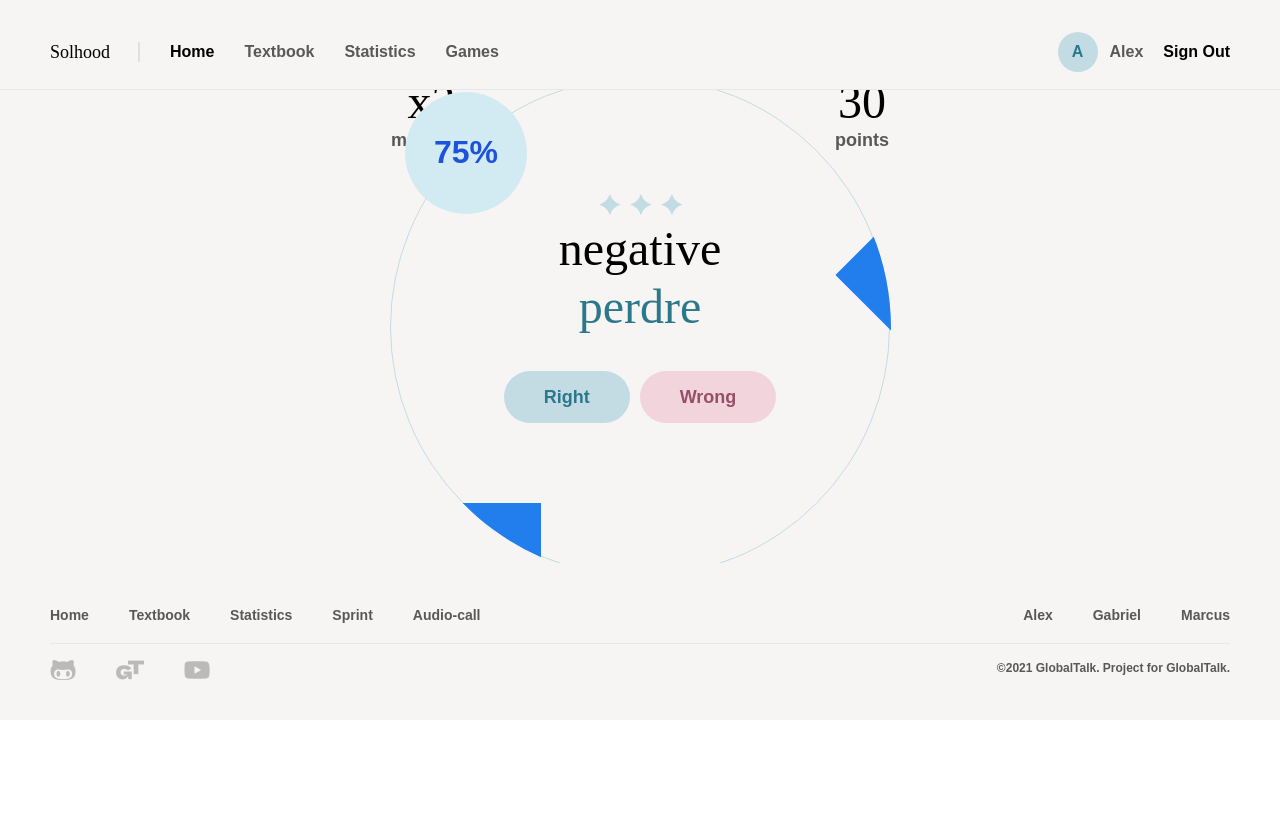
Repository: haudnn/solhood
Page: /game
The author's editor kept a copy of each file at every save. The page is drawn from the files as they stood at one save, then again after the next save.
The browser window is 1280 px wide. The pictures show the whole page.
The project was rebuilt for these pictures with package versions that can differ from the ones it lists, and the page was loaded fresh each time. Also part of the build but not shown: src/pages/Home.tsx, src/pages/Sprint.tsx.

Above is the page before, as saved 2023-01-03 17:18:24.

### src/index.css
@tailwind base;
@tailwind components;
@tailwind utilities;

@import url('https://fonts.googleapis.com/css2?family=Dela+Gothic+One&family=Montserrat:wght@400;500;600;700&display=swap');

@layer components {
    html{
        scroll-behavior: smooth;
    }
    .app-container{
        width: 1180px !important;
        margin: 0 auto !important;
    }
    .wrapper {
        height: calc(100vh - 90px);
        overflow: hidden;
    }
    .line {
        position: relative;
    }
    .wrapper-calc {
        height: calc(100vh - 90px - 157px);
        overflow: hidden;
    }
      .circle-wrap .circle .mask,
      .circle-wrap .circle .fill {
        width: 500px;
        height: 500px;
        position: absolute;
        border-radius: 50%;
      }
      .circle-wrap .circle .mask {
        clip: rect(0px, 500px, 500px, 250px);
      }

      .circle-wrap .inside-circle {
        width: 122px;
        height: 122px;
        border-radius: 50%;
        background: #d2eaf1;
        line-height: 120px;
        text-align: center;
        margin-top: 14px;
        margin-left: 14px;
        color: #1e51dc;
        position: absolute;
        z-index: 100;
        font-weight: 700;
        font-size: 2em;
      }
      .mask .fill {
        clip: rect(0px, 75px, 150px, 0px);
        background-color: #227ded;
      }

      .mask.full,
      .circle .fill {
        animation: fill ease-in-out 3s;
        transform: rotate(135deg);
      }
    .line::before{
        position: absolute;
        content: "";
        right: -30px;
        border-right: 2px solid #e0e0e0 ;
        height: 20px;
        top: 50%;
        transform: translateY(-50%);
    }
    .line-long {
        position: relative;
    }
    .line-long::before{
        position: absolute;
        content: "";
        right: 0px;
        border-right: 2px solid #e0e0e0 ;
        height: 100%;
        top: 50%;
        transform: translateY(-50%);
    }
    .bridge::before {
        position: absolute;
        left:0;
        top:-16px;
        width: 100%;
        height: 20px;
        content:"";
        display: block;
    }
    .grid {
        width: 100%;
        display: block !important;
        padding: 0;
    }

    .grid.wide {
        max-width: 1200px;
        margin: 0 auto;
    }

    .row {
        display: flex;
        flex-wrap: wrap;
        margin-left: -4px;
        margin-right: -4px;
    }

    .row.no-gutters {
        margin-left: 0;
        margin-right: 0;
    }

    .col {
        padding-left: 4px;
        padding-right: 4px;
    }

    .row.no-gutters .col {
        padding-left: 0;
        padding-right: 0;
    }

    .c-0 {
        display: none;
    }

    .c-1 {
        flex: 0 0 8.33333%;
        max-width: 8.33333%;
    }

    .c-2 {
        flex: 0 0 16.66667%;
        max-width: 16.66667%;
    }

    .c-3 {
        flex: 0 0 25%;
        max-width: 25%;
    }

    .c-4 {
        flex: 0 0 33.33333%;
        max-width: 33.33333%;
    }

    .c-5 {
        flex: 0 0 41.66667%;
        max-width: 41.66667%;
    }

    .c-6 {
        flex: 0 0 50%;
        max-width: 50%;
    }

    .c-7 {
        flex: 0 0 58.33333%;
        max-width: 58.33333%;
    }

    .c-8 {
        flex: 0 0 66.66667%;
        max-width: 66.66667%;
    }

    .c-9 {
        flex: 0 0 75%;
        max-width: 75%;
    }

    .c-10 {
        flex: 0 0 83.33333%;
        max-width: 83.33333%;
    }

    .c-11 {
        flex: 0 0 91.66667%;
        max-width: 91.66667%;
    }

    .c-12 {
        flex: 0 0 100%;
        max-width: 100%;
    }

    .c-o-1 {
        margin-left: 8.33333%;
    }

    .c-o-2 {
        margin-left: 16.66667%;
    }

    .c-o-3 {
        margin-left: 25%;
    }

    .c-o-4 {
        margin-left: 33.33333%;
    }

    .c-o-5 {
        margin-left: 41.66667%;
    }

    .c-o-6 {
        margin-left: 50%;
    }

    .c-o-7 {
        margin-left: 58.33333%;
    }

    .c-o-8 {
        margin-left: 66.66667%;
    }

    .c-o-9 {
        margin-left: 75%;
    }

    .c-o-10 {
        margin-left: 83.33333%;
    }

    .c-o-11 {
        margin-left: 91.66667%;
    }

    /* >= Tablet */
    @media (min-width: 740px) {
        .row {
            margin-left: -8px;
            margin-right: -8px;
        }

        .col {
            padding-left: 8px;
            padding-right: 8px;
        }

        .m-0 {
            display: none;
        }

        .m-1,
        .m-2,
        .m-3,
        .m-4,
        .m-5,
        .m-6,
        .m-7,
        .m-8,
        .m-9,
        .m-10,
        .m-11,
        .m-12 {
            display: block;
        }

        .m-1 {
            flex: 0 0 8.33333%;
            max-width: 8.33333%;
        }

        .m-2 {
            flex: 0 0 16.66667%;
            max-width: 16.66667%;
        }

        .m-3 {
            flex: 0 0 25%;
            max-width: 25%;
        }

        .m-4 {
            flex: 0 0 33.33333%;
            max-width: 33.33333%;
        }

        .m-5 {
            flex: 0 0 41.66667%;
            max-width: 41.66667%;
        }

        .m-6 {
            flex: 0 0 50%;
            max-width: 50%;
        }

        .m-7 {
            flex: 0 0 58.33333%;
            max-width: 58.33333%;
        }

        .m-8 {
            flex: 0 0 66.66667%;
            max-width: 66.66667%;
        }

        .m-9 {
            flex: 0 0 75%;
            max-width: 75%;
        }

        .m-10 {
            flex: 0 0 83.33333%;
            max-width: 83.33333%;
        }

        .m-11 {
            flex: 0 0 91.66667%;
            max-width: 91.66667%;
        }

        .m-12 {
            flex: 0 0 100%;
            max-width: 100%;
        }

        .m-o-1 {
            margin-left: 8.33333%;
        }

        .m-o-2 {
            margin-left: 16.66667%;
        }

        .m-o-3 {
            margin-left: 25%;
        }

        .m-o-4 {
            margin-left: 33.33333%;
        }

        .m-o-5 {
            margin-left: 41.66667%;
        }

        .m-o-6 {
            margin-left: 50%;
        }

        .m-o-7 {
            margin-left: 58.33333%;
        }

        .m-o-8 {
            margin-left: 66.66667%;
        }

        .m-o-9 {
            margin-left: 75%;
        }

        .m-o-10 {
            margin-left: 83.33333%;
        }

        .m-o-11 {
            margin-left: 91.66667%;
        }
    }

    /* PC medium resolution > */
    @media (min-width: 1113px) {
        .row {
            margin-left: -12px;
            margin-right: -12px;
        }

        .row.sm-gutter {
            margin-left: -5px;
            margin-right: -5px;
        }

        .col {
            padding-left: 12px;
            padding-right: 12px;
        }

        .row.sm-gutter .col {
            padding-left: 5px;
            padding-right: 5px;
        }

        .l-0 {
            display: none;
        }

        .l-1,
        .l-2,
        .l-2-4,
        .l-3,
        .l-4,
        .l-5,
        .l-6,
        .l-7,
        .l-8,
        .l-9,
        .l-10,
        .l-11,
        .l-12 {
            display: block;
        }

        .l-1 {
            flex: 0 0 8.33333%;
            max-width: 8.33333%;
        }

        .l-2 {
            flex: 0 0 16.66667%;
            max-width: 16.66667%;
        }

        .l-2-4 {
            flex: 0 0 20%;
            max-width: 20%;
        }

        .l-3 {
            flex: 0 0 25%;
            max-width: 25%;
        }

        .l-4 {
            flex: 0 0 33.33333%;
            max-width: 33.33333%;
        }

        .l-5 {
            flex: 0 0 41.66667%;
            max-width: 41.66667%;
        }

        .l-6 {
            flex: 0 0 50%;
            max-width: 50%;
        }

        .l-7 {
            flex: 0 0 58.33333%;
            max-width: 58.33333%;
        }

        .l-8 {
            flex: 0 0 66.66667%;
            max-width: 66.66667%;
        }

        .l-9 {
            flex: 0 0 75%;
            max-width: 75%;
        }

        .l-10 {
            flex: 0 0 83.33333%;
            max-width: 83.33333%;
        }

        .l-11 {
            flex: 0 0 91.66667%;
            max-width: 91.66667%;
        }

        .l-12 {
            flex: 0 0 100%;
            max-width: 100%;
        }

        .l-o-1 {
            margin-left: 8.33333%;
        }

        .l-o-2 {
            margin-left: 16.66667%;
        }

        .l-o-3 {
            margin-left: 25%;
        }

        .l-o-4 {
            margin-left: 33.33333%;
        }

        .l-o-5 {
            margin-left: 41.66667%;
        }

        .l-o-6 {
            margin-left: 50%;
        }

        .l-o-7 {
            margin-left: 58.33333%;
        }

        .l-o-8 {
            margin-left: 66.66667%;
        }

        .l-o-9 {
            margin-left: 75%;
        }

        .l-o-10 {
            margin-left: 83.33333%;
        }

        .l-o-11 {
            margin-left: 91.66667%;
        }
    }

    /* Tablet - PC low resolution */
    @media (min-width: 740px) and (max-width: 1023px) {
        .wide {
            width: 644px;
        }
    }

    /* > PC low resolution */
    @media (min-width: 1024px) and (max-width: 1239px) {
        .wide {
            width: 984px;
        }

        .wide .row {
            margin-left: -12px;
            margin-right: -12px;
        }

        .wide .row.sm-gutter {
            margin-left: -5px;
            margin-right: -5px;
        }

        .wide .col {
            padding-left: 12px;
            padding-right: 12px;
        }

        .wide .row.sm-gutter .col {
            padding-left: 5px;
            padding-right: 5px;
        }

        .wide .l-0 {
            display: none;
        }

        .wide .l-1,
        .wide .l-2,
        .wide .l-2-4,
        .wide .l-3,
        .wide .l-4,
        .wide .l-5,
        .wide .l-6,
        .wide .l-7,
        .wide .l-8,
        .wide .l-9,
        .wide .l-10,
        .wide .l-11,
        .wide .l-12 {
            display: block;
        }

        .wide .l-1 {
            flex: 0 0 8.33333%;
            max-width: 8.33333%;
        }

        .wide .l-2 {
            flex: 0 0 16.66667%;
            max-width: 16.66667%;
        }

        .wide .l-2-4 {
            flex: 0 0 20%;
            max-width: 20%;
        }

        .wide .l-3 {
            flex: 0 0 25%;
            max-width: 25%;
        }

        .wide .l-4 {
            flex: 0 0 33.33333%;
            max-width: 33.33333%;
        }

        .wide .l-5 {
            flex: 0 0 41.66667%;
            max-width: 41.66667%;
        }

        .wide .l-6 {
            flex: 0 0 50%;
            max-width: 50%;
        }

        .wide .l-7 {
            flex: 0 0 58.33333%;
            max-width: 58.33333%;
        }

        .wide .l-8 {
            flex: 0 0 66.66667%;
            max-width: 66.66667%;
        }

        .wide .l-9 {
            flex: 0 0 75%;
            max-width: 75%;
        }

        .wide .l-10 {
            flex: 0 0 83.33333%;
            max-width: 83.33333%;
        }

        .wide .l-11 {
            flex: 0 0 91.66667%;
            max-width: 91.66667%;
        }

        .wide .l-12 {
            flex: 0 0 100%;
            max-width: 100%;
        }

        .wide .l-o-1 {
            margin-left: 8.33333%;
        }

        .wide .l-o-2 {
            margin-left: 16.66667%;
        }

        .wide .l-o-3 {
            margin-left: 25%;
        }

        .wide .l-o-4 {
            margin-left: 33.33333%;
        }

        .wide .l-o-5 {
            margin-left: 41.66667%;
        }

        .wide .l-o-6 {
            margin-left: 50%;
        }

        .wide .l-o-7 {
            margin-left: 58.33333%;
        }

        .wide .l-o-8 {
            margin-left: 66.66667%;
        }

        .wide .l-o-9 {
            margin-left: 75%;
        }

        .wide .l-o-10 {
            margin-left: 83.33333%;
        }

        .wide .l-o-11 {
            margin-left: 91.66667%;
        }
    }
}

### src/App.tsx
import "./App.css";
import { BrowserRouter } from 'react-router-dom';
import RouterConfig from './config/RouterConfig';
import Footer from "./components/Layout/Footer";
import Header from "./components/Layout/Header";
function App() {
  return (
    <div className="App font-montserrat">
      <BrowserRouter>
        <Header />
        <RouterConfig/>
        <Footer/>
      </BrowserRouter>
    </div>
  );
}

export default App;

### src/config/RouterConfig.tsx
import React from 'react'
import { Routes, Route } from 'react-router-dom';
import {router} from '../constants';
const RouterConfig = () => {
  return (
    <Routes>
    {router.map(({ path, component }) => (
      <Route key={path} path={path} element={component} />
    ))}
  </Routes>
  )
}

export default RouterConfig

### src/components/Layout/Footer.tsx
import React from "react";
import github from '../../assets/imgs/github.png';
import GT from '../../assets/imgs/GT.png'
import youtube from '../../assets/imgs/youtube.png'
const Footer = () => {
  return (
    <footer>
      <div className="bg-greyligt py-[40px]">
        <div className="app-container">
          <div className="pb-4 border-b border-solid boder-[greymedium]">
            <div className="grid">
              <div className="row">
                <div className="col l-6">
                  <ul className="flex items-center gap-x-10">
                    <li>
                      <a
                        className="text-sm font-semibold text-greydark"
                        href="/"
                      >
                        Home
                      </a>
                    </li>
                    <li>
                      <a
                        className="text-sm font-semibold text-greydark"
                        href="/"
                      >
                        Textbook
                      </a>
                    </li>
                    <li>
                      <a
                        className="text-sm font-semibold text-greydark"
                        href="/"
                      >
                        Statistics
                      </a>
                    </li>
                    <li>
                      <a
                        className="text-sm font-semibold text-greydark"
                        href="/"
                      >
                        Sprint
                      </a>
                    </li>
                    <li>
                      <a
                        className="text-sm font-semibold text-greydark"
                        href="/"
                      >
                        Audio-call
                      </a>
                    </li>
                  </ul>
                </div>
                <div className="col l-6">
                  <ul className="flex items-center justify-end gap-x-10">
                    <li>
                      <a
                        className="text-sm font-semibold text-greydark"
                        href="/"
                      >
                        Alex
                      </a>
                    </li>
                    <li>
                      <a
                        className="text-sm font-semibold text-greydark"
                        href="/"
                      >
                        Gabriel
                      </a>
                    </li>
                    <li>
                      <a
                        className="text-sm font-semibold text-greydark"
                        href="/"
                      >
                        Marcus
                      </a>
                    </li>
                  </ul>
                </div>
              </div>
            </div>
          </div>
          <div className="pt-4">
            <div className="grid">
              <div className="row">
                <div className="col l-6">
                  <ul className="flex items-center gap-x-10">
                    <li>
                      <a href="/">
                        <img src={github} alt="" />
                      </a>
                    </li>
                    <li>
                      <a href="/">
                        <img src={GT} alt="" />
                      </a>
                    </li>
                    <li>
                      <a href="/">
                        <img src={youtube} alt="" />
                      </a>
                    </li>
                  </ul>
                </div>
                <div className="col l-6">
                  <div className="flex items-center justify-end">
                    <span className="text-xs font-semibold text-greydark ">
                      ©2021 GlobalTalk. Project for GlobalTalk.
                    </span>
                  </div>
                </div>
              </div>
            </div>
          </div>
        </div>
      </div>
    </footer>
  );
};

export default Footer;

### src/components/Layout/Header.tsx
import React from "react";

const Header = () => {
  return (
      <header className="py-8 border-b border-solid border-[grey-dark] bg-greyligt max-h-[90px]">
        <div className="app-container">
          <div className="grid">
            <div className="row">
              <div className="col l-6">
                <div className="flex items-center gap-x-[60px] h-full">
                  <div className="line">
                    <a href="/" className="text-lg text-black font-dela">Solhood</a>
                  </div>
                  <div className="">
                    <ul className="flex items-center gap-x-[30px]">
                      <li>
                        <a
                          className="text-base font-semibold text-black"
                          href="/"
                        >
                          Home
                        </a>
                      </li>
                      <li>
                        <a
                          className="text-base font-semibold text-greydark"
                          href="/"
                        >
                          Textbook
                        </a>
                      </li>
                      <li>
                        <a
                          className="text-base font-semibold text-greydark"
                          href="/"
                        >
                          Statistics
                        </a>
                      </li>
                      <li className="relative group">
                        <a
                          className="text-base font-semibold text-greydark"
                          href="/"
                        >
                          Games
                        </a>
                        <div className="z-10 group-hover:block hidden absolute bg-white rounded-xl shadow-lg w-[215px] p-5 top-10 bridge">
                          <ul>
                            <li className="mb-2 text-base font-semibold text-greydark">
                              <a href="/sprint">Sprint</a>
                            </li>
                            <li>
                              <a href="/" className="text-base font-semibold text-greydark">Audio call</a>
                            </li>
                          </ul>
                        </div>
                      </li>
                    </ul>
                  </div>
                </div>
              </div>
              <div className="col l-6">
                <div className="flex justify-end">
                  <div className="flex items-center mr-5 gap-x-3">
                    <div className="flex items-center justify-center w-10 h-10 rounded-[50%] bg-cyanlight">
                      <span className="text-base font-semibold text-cyandark">
                        A
                      </span>
                    </div>
                    <span className="text-base font-semibold text-greydark">
                      Alex
                    </span>
                  </div>
                  <div className="flex items-center">
                    <a href="/" className="text-base font-semibold text-black">
                      Sign Out
                    </a>
                  </div>
                </div>
              </div>
            </div>
          </div>
        </div>
      </header>
  );
};

export default Header;

### src/constants/index.ts
import router from "./router"

export {router}

### src/constants/router.tsx
import Game from "../pages/Game";
import Home from "../pages/Home";
import Sprint from "../pages/Sprint";
const router = [
 {
    path: '/',
    component: <Home />,
 },
 {
   path: '/sprint',
   component: <Sprint />,
 },
 {
  path: '/game',
   component: <Game />,
 }

]
export default router;

### src/pages/Game.tsx
import React from "react";
import level from "../assets/imgs/level.png";
const Game = () => {
  return (
    <div className="game bg-greyligt">
      <div className="flex items-center justify-center wrapper-calc">

        <div className="circle-wrap w-[500px] h-[500px] rounded-[50%] border border-solid border-cyanlight">
            <div className="circle">
              <div className="mask full">
                <div className="fill"></div>
              </div>
              <div className="mask half">
                <div className="fill"></div>
              </div>
              <div className="inside-circle"> 75% </div>
            </div>



          <div>
            <div className="flex items-center justify-between mb-10">
              <div className="flex flex-col items-center">
                <p className="text-5xl font-dela">x2</p>
                <p className="text-lg font-semibold text-greydark">
                  multiplier
                </p>
              </div>
              <div className="flex flex-col items-center">
                <p className="text-5xl font-dela">30</p>
                <p className="text-lg font-semibold text-greydark">points</p>
              </div>
            </div>
            <div className="mb-10">
              <div className="flex items-center justify-center gap-x-[10px] mb-[10px]">
                <div>
                  <img
                    src={level}
                    alt=""
                    className="object-cover w-full h-full"
                  />
                </div>
                <div>
                  <img
                    src={level}
                    alt=""
                    className="object-cover w-full h-full"
                  />
                </div>
                <div>
                  <img
                    src={level}
                    alt=""
                    className="object-cover w-full h-full"
                  />
                </div>
              </div>
              <div>
                <p className="text-5xl font-dela mb-[10px] text-center">
                  negative
                </p>
                <p className="text-5xl font-dela mb-[10px] text-cyandark text-center">
                  perdre
                </p>
              </div>
            </div>
            <div className="flex items-center justify-center gap-x-[10px]">
              <button className="px-10 py-3 rounded-full bg-cyanlight">
                <span className="text-lg font-bold text-cyandark">Right</span>
              </button>
              <button className="px-10 py-3 rounded-full bg-pinklight">
                <span className="text-lg font-bold text-pinkdark">Wrong</span>
              </button>
            </div>
          </div>
        </div>
      </div>
    </div>
  );
};

export default Game;

Loaded but not shown: public/index.html (common file); src/index.tsx (common file); src/App.css (common file); tailwind.config.js (30 lines, source omitted)

After the next save:
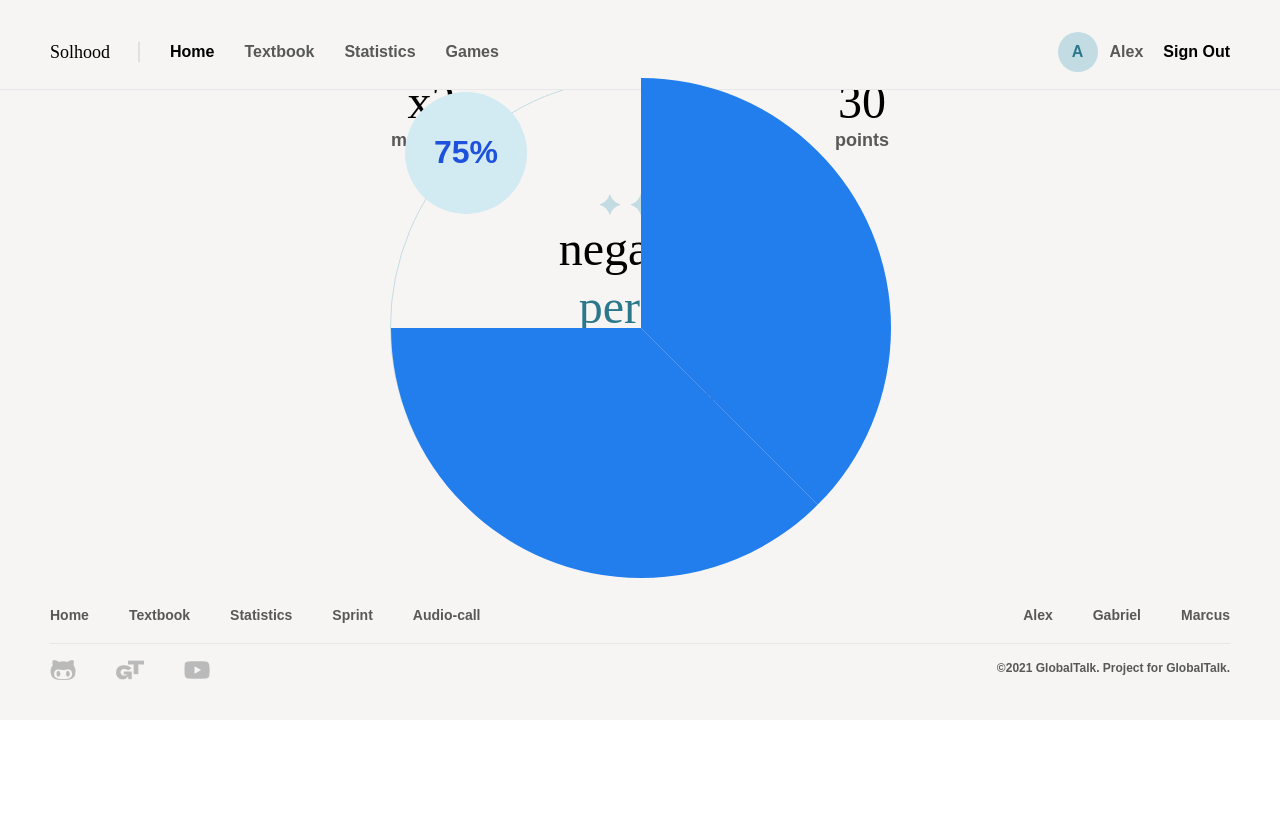
Saved 24 s later.
--- a/src/index.css
+++ b/src/index.css
@@ -50,7 +50,7 @@
         font-size: 2em;
       }
       .mask .fill {
-        clip: rect(0px, 75px, 150px, 0px);
+        clip: rect(0px, 250px, 500px, 0px);
         background-color: #227ded;
       }
 
